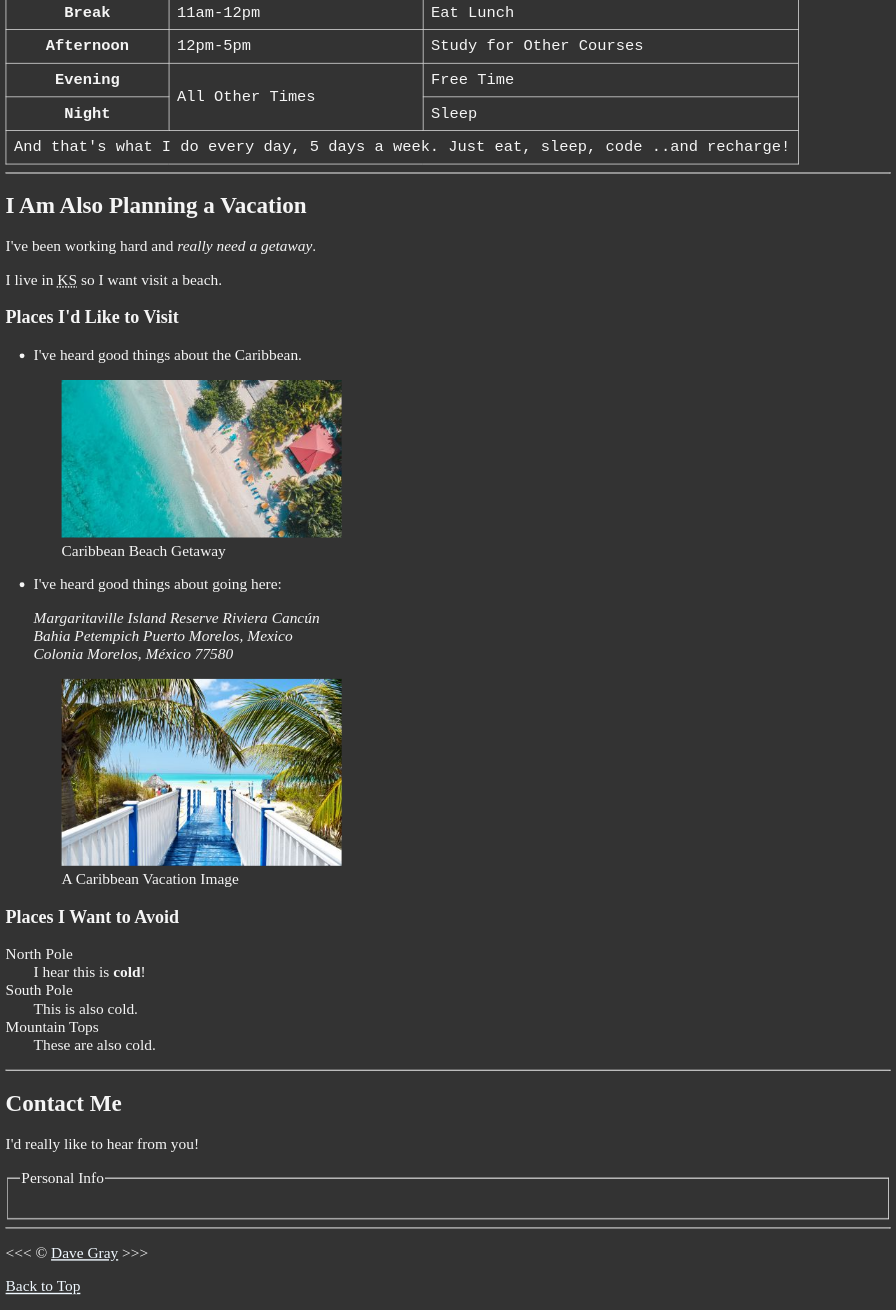
Repository: JavaProgrammerFromEastEurope/project-html-full-tutorial
Page: 09_lesson/index.html
The author's editor kept a copy of each file at every save. The page is drawn from the files as they stood at one save, then again after a run of saves.
The browser window is 1280 px wide. The pictures show the part of the page from y = 1247 to 3167 px (the page is 3119 px tall before and 3167 px after), at 70% of full size.

Above is the page before, as saved 2023-04-07 04:36:27.

### 09_lesson/index.html
<!DOCTYPE html>
<html lang="en">
  <head>
    <meta charset="UTF-8" />
    <meta name="author" content="Dave Gray" />
    <meta
      name="description"
      content="This page contains all the things I am learning how to create as I learn HTML."
    />
    <title>My First Web Page</title>
    <link rel="icon" href="html5.png" type="image/x-icon" />
    <link rel="stylesheet" href="main.css" type="text/css" />
  </head>

  <body>
    <header>
      <h1>My Goals for the Year</h1>

      <nav aria-label="primary-navigation">
        <ul>
          <li>
            <a href="#html">Learning HTML</a>
          </li>
          <li>
            <a href="#vacation">Planning a Vacation</a>
          </li>
					<li><a href="#contact">Contact Me</a></li>
        </ul>
      </nav>
    </header>

    <hr />
    <main>
      <article id="html">
        <h2>I'm Ready to Learn HTML</h2>
        <p>This is my first web page.</p>
        <section>
          <h3>HTML5</h3>
          <img
            src="./assets/img/html_logo_300x300.png"
            alt="HTML5 Logo"
            title="I am learning HTML5"
            width="300"
            height="300"
          />
          <figure>
            <figcaption>An Example of HTML5 code</figcaption>
            <p>
              <code>&lt;h1&gt;Hello World!&lt;/h1&gt;</code>
            </p>
          </figure>
        </section>
        <section>
          <h3>My Daily Schedule</h3>
          <p>Let me tell you how:</p>
          <ol>
            <li>...I learn more about web dev.</li>
            <li>...I plan out my schedule.</li>
            <li>
              ...I use resources from
              <abbr title="Mozilla Developer Network">
                <a href="https://developer.mozilla.org/">MDN</a> </abbr
              >.
            </li>
          </ol>
          <aside>
            <details>
              <summary>
                Guess the <mark>number of hours</mark> I code per day
              </summary>
              <p>
                I start at <time datetime="08:00">8 am</time> and I write code
                for <time datetime="PT3H">3 hours</time> every morning.
              </p>
            </details>
          </aside>
          <br />
          <table>
            <caption>
              My Daily Schedule
            </caption>
            <thead>
              <tr>
                <th>&nbsp;</th>
                <th scope="col">Time</th>
                <th scope="col">Activity</th>
              </tr>
            </thead>
            <tbody>
              <tr>
                <th scope="row">Morning</th>
                <td>
                  <time datetime="08:00">8am</time>-<time datetime="11:00"
                    >11am</time
                  >
                </td>
                <td>Write Code</td>
              </tr>
              <tr>
                <th scope="row">Break</th>
                <td>
                  <time datetime="11:00">11am</time>-<time datetime="12:00"
                    >12pm</time
                  >
                </td>
                <td>Eat Lunch</td>
              </tr>
              <tr>
                <th scope="row">Afternoon</th>
                <td>
                  <time datetime="12:00">12pm</time>-<time datetime="17:00"
                    >5pm</time
                  >
                </td>
                <td>Study for Other Courses</td>
              </tr>
              <tr>
                <th scope="row">Evening</th>
                <td rowspan="2">All Other Times</td>
                <td>Free Time</td>
              </tr>
              <tr>
                <th scope="row">Night</th>
                <td>Sleep</td>
              </tr>
            </tbody>
            <tfoot>
              <tr>
                <td colspan="3">
                  And that's what I do every day, 5 days a week. Just eat,
                  sleep, code ..and recharge!
                </td>
              </tr>
            </tfoot>
          </table>
        </section>
      </article>

      <hr />

      <article id="vacation">
        <h2>I Am Also Planning a Vacation</h2>
        <p>I've been working hard and <em>really need a getaway</em>.</p>
        <p>I live in <abbr title="Kansas">KS</abbr> so I want visit a beach.</p>

        <section>
          <h3>Places I'd Like to Visit</h3>
          <ul>
            <li>
              <p>I've heard good things about the Caribbean.</p>
              <figure>
                <img
                  src="./assets/img/caribbean.jpg"
                  alt="Caribbean Beach"
                  title="I want to visit a Caribbean beach."
                  width="400"
                  height="225"
                  loading="lazy"
                />
                <figcaption>Caribbean Beach Getaway</figcaption>
              </figure>
            </li>
            <li>
              <p>I've heard good things about going here:</p>
              <address>
                Margaritaville Island Reserve Riviera Cancún<br />
                Bahia Petempich Puerto Morelos, Mexico<br />
                Colonia Morelos, México 77580
              </address>
              <figure>
                <img
                  src="./assets/img/vacation.jpg"
                  alt="Cancun Vacation"
                  title="It's 5 o'Clock Somewhere!"
                  width="400"
                  height="267"
                  loading="lazy"
                />
                <figcaption>A Caribbean Vacation Image</figcaption>
              </figure>
            </li>
          </ul>
        </section>
        <!-- TODO: Add more places -->
        <section>
          <h3>Places I Want to Avoid</h3>
          <dl>
            <dt>North Pole</dt>
            <dd>I hear this is <strong>cold</strong>!</dd>

            <dt>South Pole</dt>
            <dd>This is also cold.</dd>

            <dt>Mountain Tops</dt>
            <dd>These are also cold.</dd>
          </dl>
        </section>
      </article>
			<hr>

			<article id="contact">
				<h2>Contact Me</h2>
				<p>I'd really like to hear from you!</p>
				<form action="https://httpbin.org/get" method="get">
					<fieldset>
						<legend>Personal Info</legend>
						<p>
							<label for="firstName"></label>
						</p>
					</fieldset>
				</form>
			</article>

    </main>
    <hr />
    <footer>
      <p>&lt;&lt;&lt; &copy; <a href="about.html">Dave Gray</a> &gt;&gt;&gt;</p>
      <p>
        <a href="#">Back to Top</a>
      </p>
    </footer>
  </body>
</html>

### 09_lesson/main.css
html {
    font-size: 22px;
}

body {
    background-color: #333;
    color: whitesmoke;
}

a {
    color: aliceblue;
}

a:visited {
    color: lightgray;
}

a:hover, a:active {
    color: #eee;
}

table, tr, th, td, caption {
	border: 1px solid #eee;
	font-family: 'Courier New', Courier, monospace;
	border-collapse: collapse;
	padding: 0.5rem;
}

After the next 2 saves:
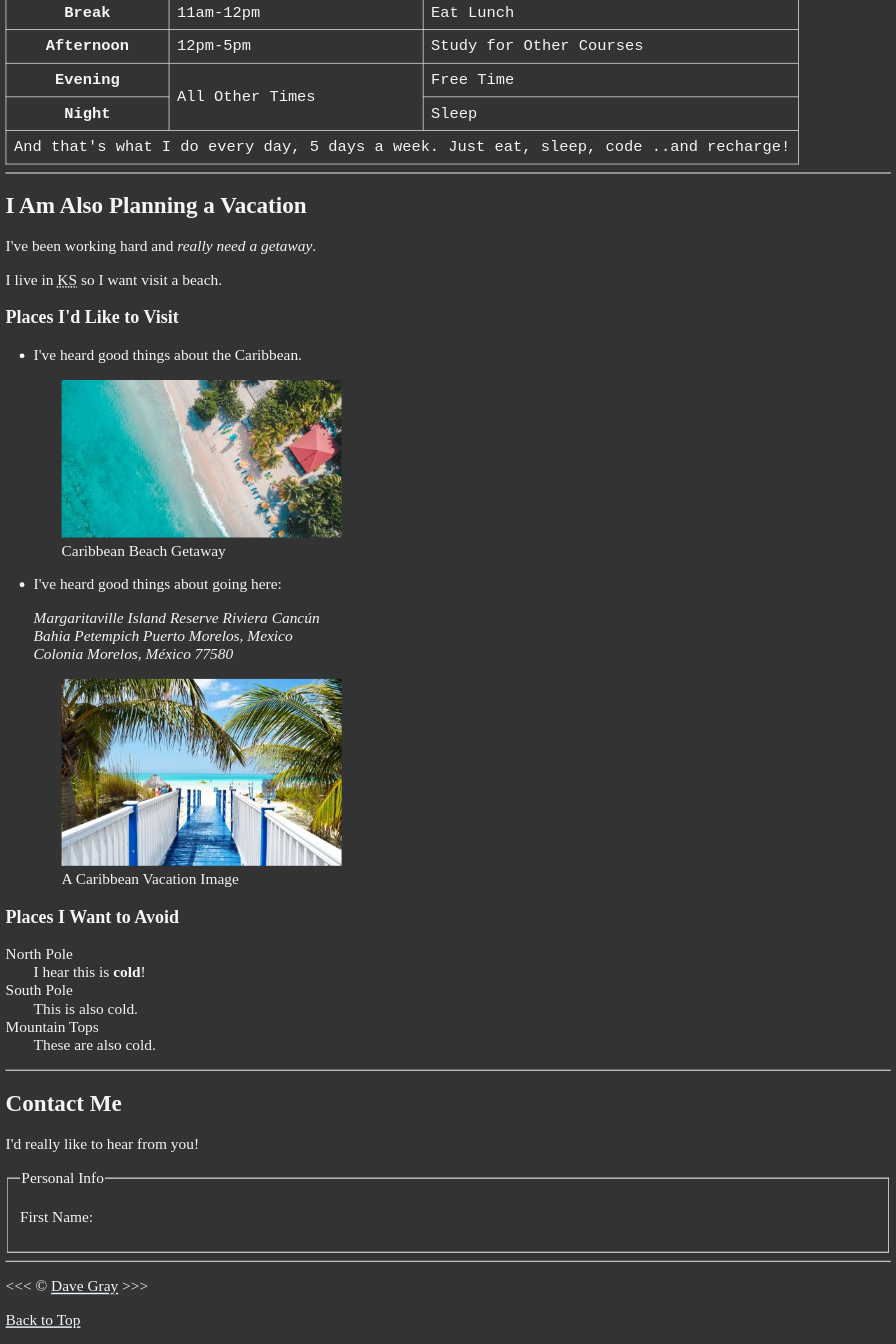
The 2 saves are shown as one change because they came seconds apart.
The last was saved 7 s later.
--- a/09_lesson/index.html
+++ b/09_lesson/index.html
@@ -205,7 +205,7 @@
 					<fieldset>
 						<legend>Personal Info</legend>
 						<p>
-							<label for="firstName"></label>
+							<label for="firstName">First Name:</label>
 						</p>
 					</fieldset>
 				</form>
